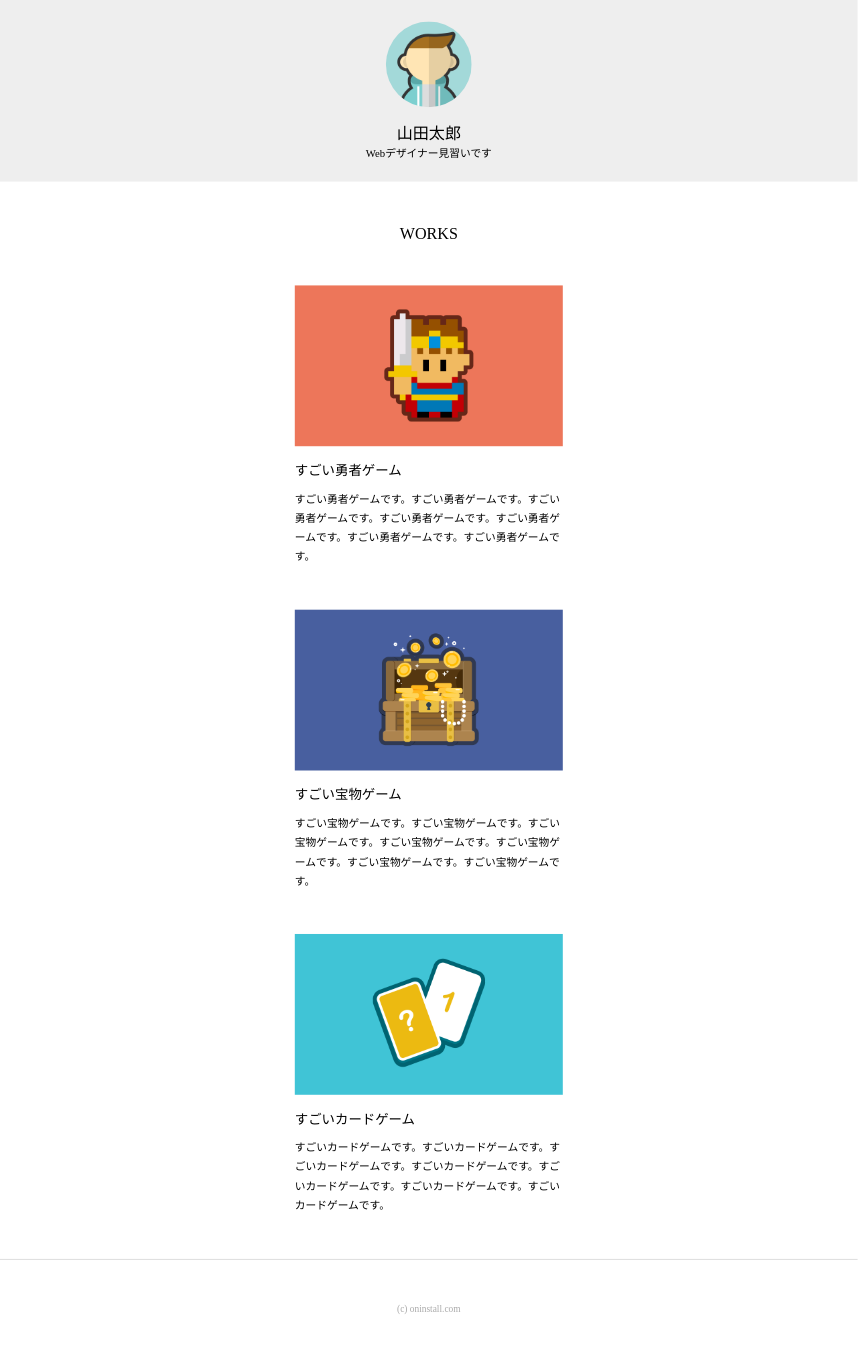
Repository: elmore-pik/yamada_potfolio
Page: /
The author's editor kept a copy of each file at every save. The page is drawn from the files as they stood at one save, then again after the next save.
The browser window is 1280 px wide. The pictures show the whole page, at 67% of full size.
The project was rebuilt for these pictures with package versions that can differ from the ones it lists, and the page was loaded fresh each time. Also part of the build but not shown: vite.config.js.

Above is the page before, as saved 2025-03-09 15:12:08.

After the next save:
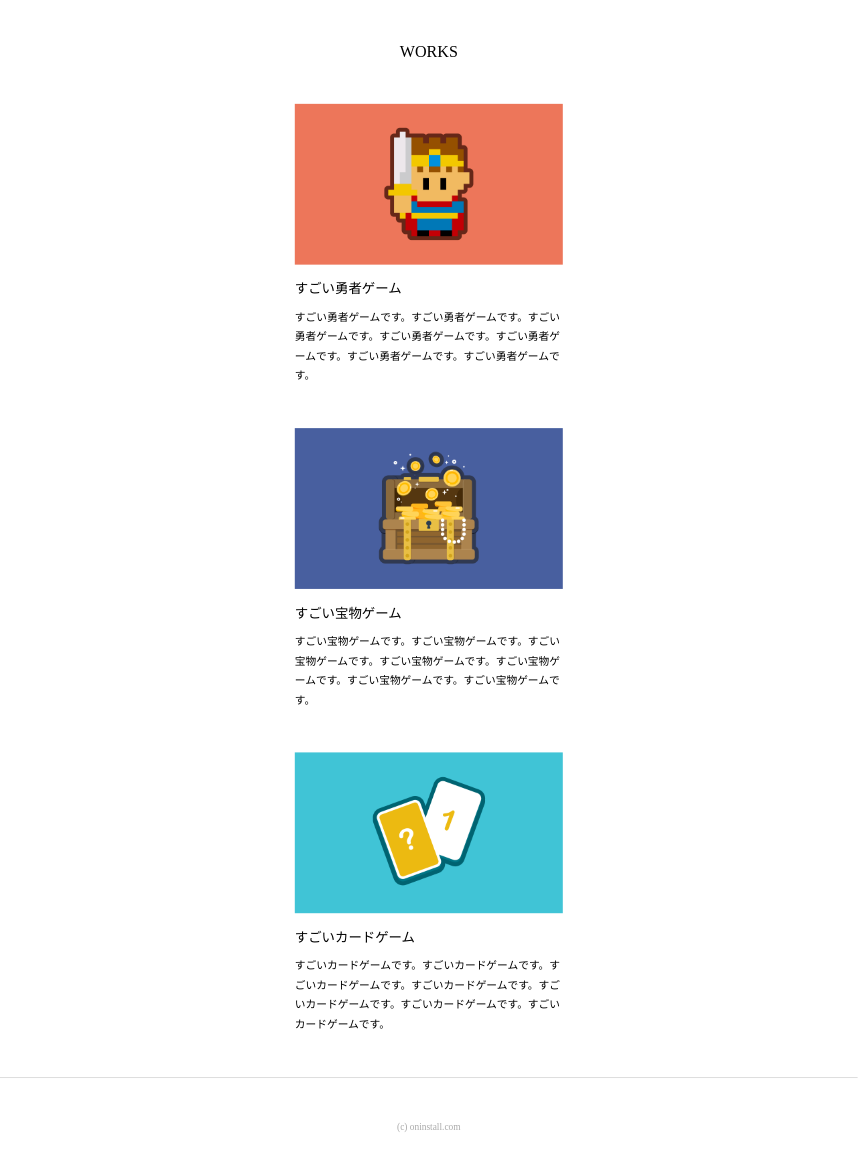
Saved 31 s later.
--- a/src/App.vue
+++ b/src/App.vue
@@ -1,10 +1,4 @@
 <template>
- <header>
-    <img src="/yamada.png" alt="太郎のアイコン" width="128" height="128">
-    <h1>山田太郎</h1>
-    <p>Webデザイナー見習いです</p>
-  </header>
-
   <main>
     <h2>WORKS</h2>
     <section>
